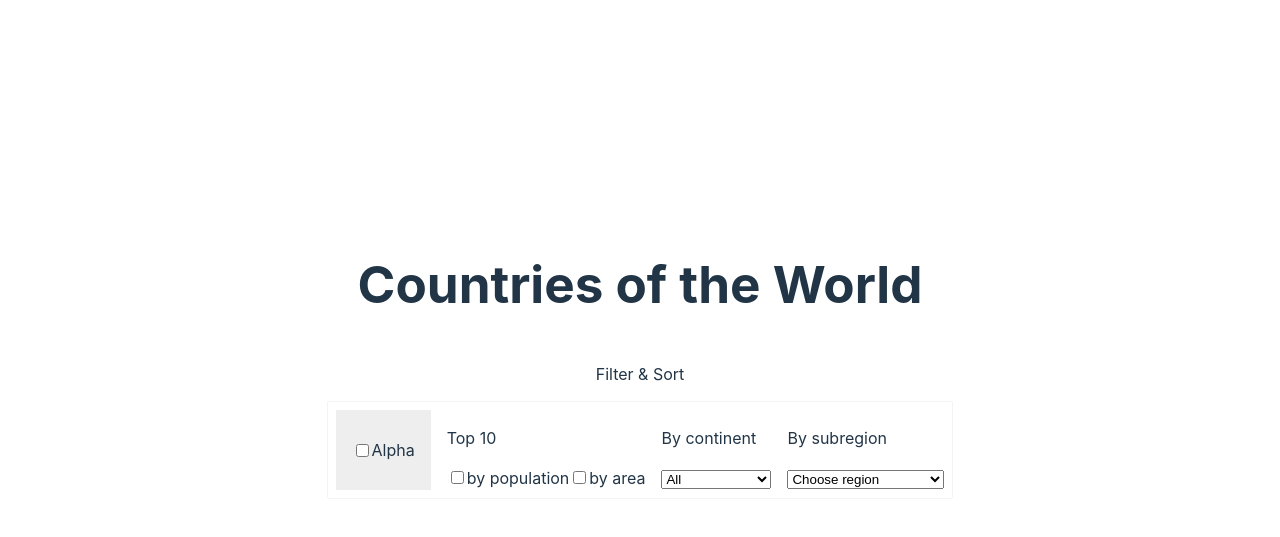
Repository: SamanthaYan298/my_countries
Page: /
These files come from the project's save history. The page is drawn as it stood at one moment and after the next save; the edit follows.
The browser window is 1280 px wide. The pictures show the whole page.
The project was rebuilt for these pictures with package versions that can differ from the ones it lists, and the page was loaded fresh each time. Also part of the build but not shown: vite.config.js.

Above is the page before, as saved 2024-11-04 17:36:34.

After the next save:
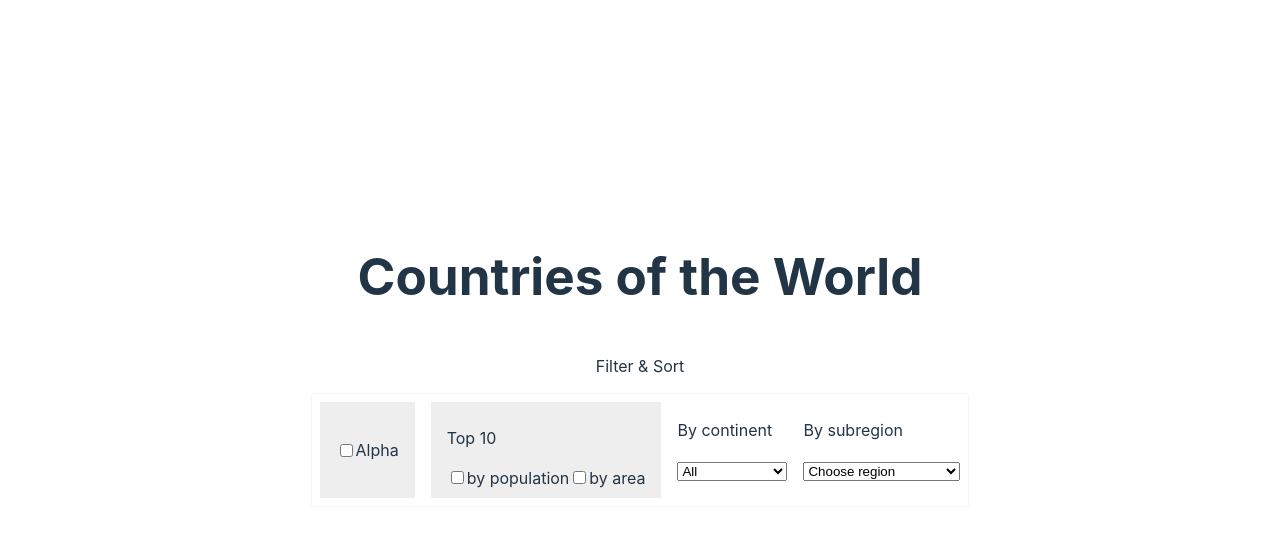
Saved 19 s later.
--- a/src/App.css
+++ b/src/App.css
@@ -32,3 +32,9 @@
   padding: 0.5rem;
   box-shadow: rgba(0, 0, 0, 0.25) 0px 0px 1px 0px;
 }
+
+.categories {
+  padding: 0.5rem 1rem;
+  background-color: rgb(238, 238, 238);
+  margin-top: 0;
+}
